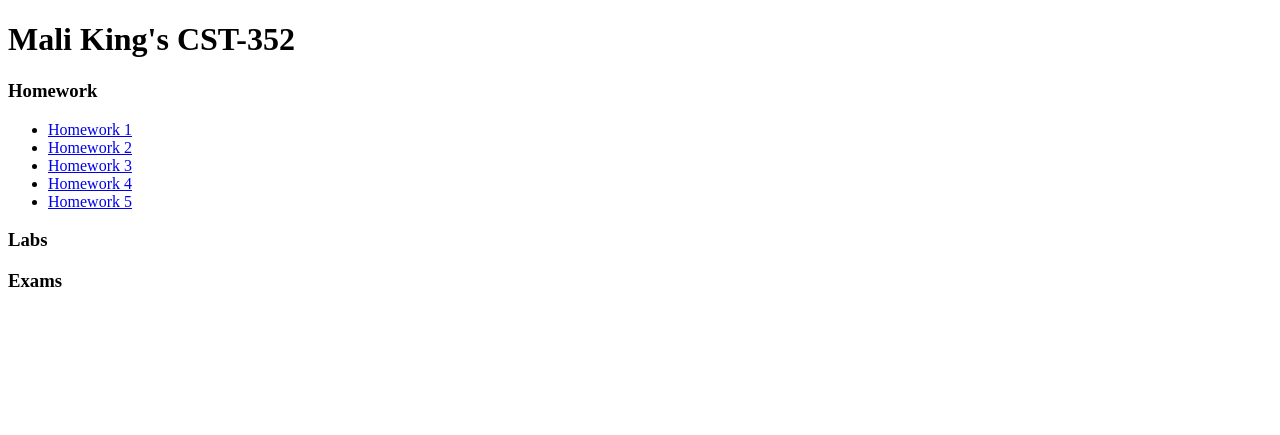
Repository: maliking/making
Page: http://localhost/
The author's editor kept a record of every edit. The page is drawn from the files as they stood at one moment, then again after the next edit.
The browser window is 1280 px wide. The pictures show the whole page.
The page is run by PHP 8.4 with error messages shown; the project is at /var/www/html/.

Above is the page before.

After the next edit:
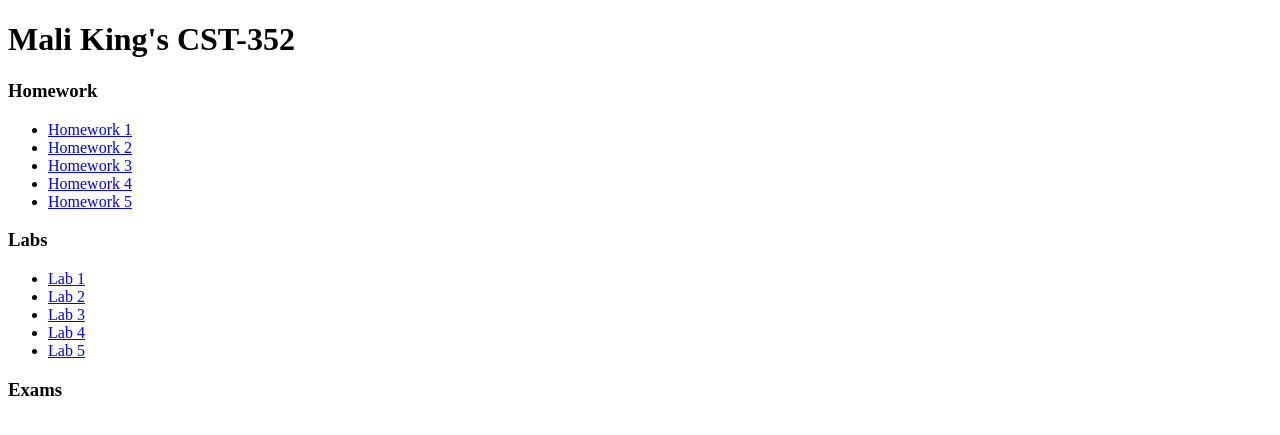
The edit:
--- a/index.php
+++ b/index.php
@@ -17,6 +17,16 @@
         ?>
         </ul>
         <h3>Labs</h3>
+        <ul>
+        <?php
+        for ($i = 1; $i < 6; $i++) {
+            echo "<li>";
+            echo "<a href='https://making-cst352.herokuapp.com/labs/lab" . $i . "/index.php'>";
+            echo "Lab " . $i . "</a>";
+            echo "</li>";
+        }
+        ?>
+        </ul>
         <h3>Exams</h3>
     </body>
 </html>
